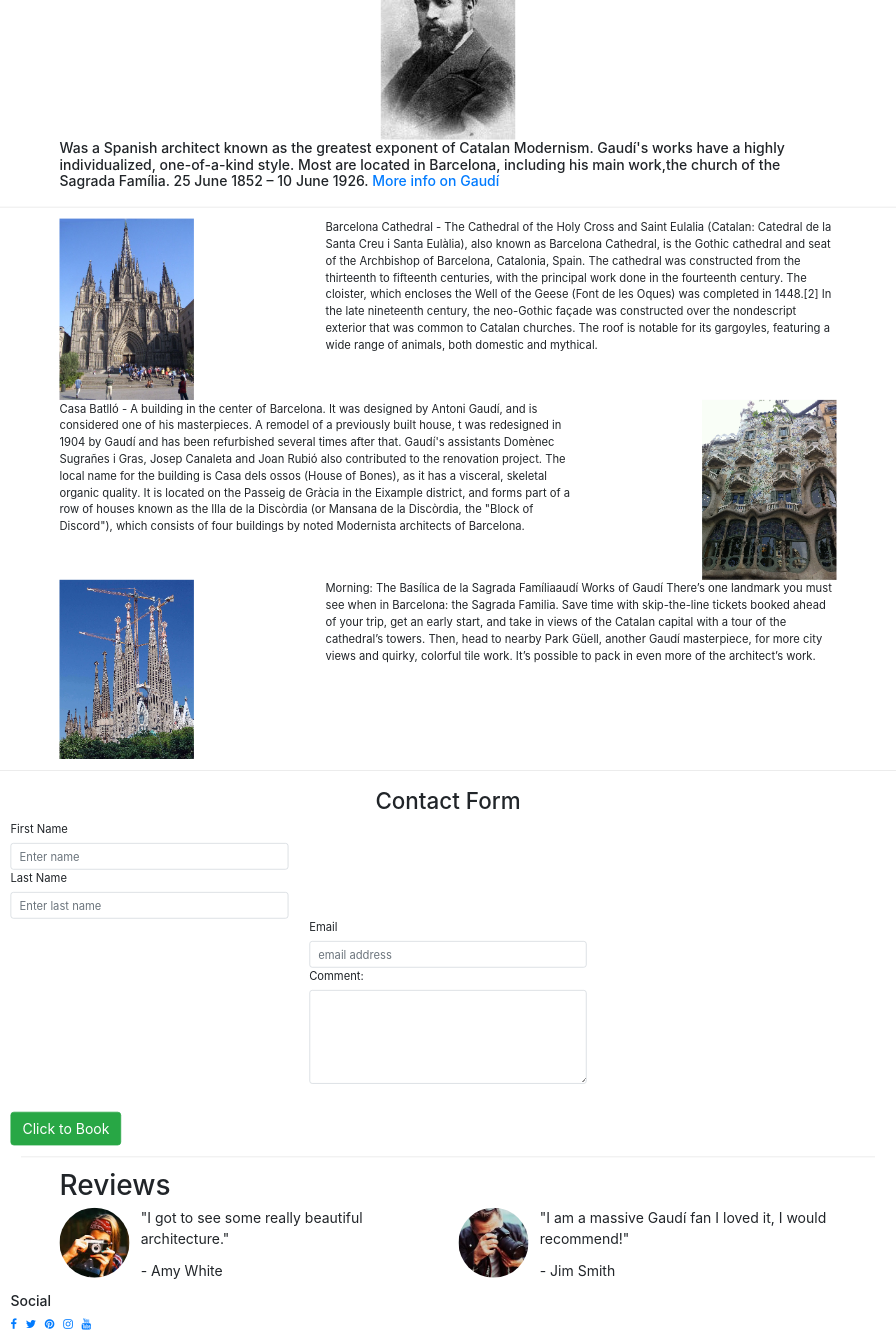
Repository: Taitdanielle/Milestone1
Page: index.html
The author's editor kept a record of every edit. The page is drawn from the files as they stood at one moment, then again after the next edit.
The browser window is 1280 px wide. The pictures show the part of the page from y = 1025 to 2945 px (the page is 2945 px tall), at 70% of full size.

Above is the page before.

After the next edit:
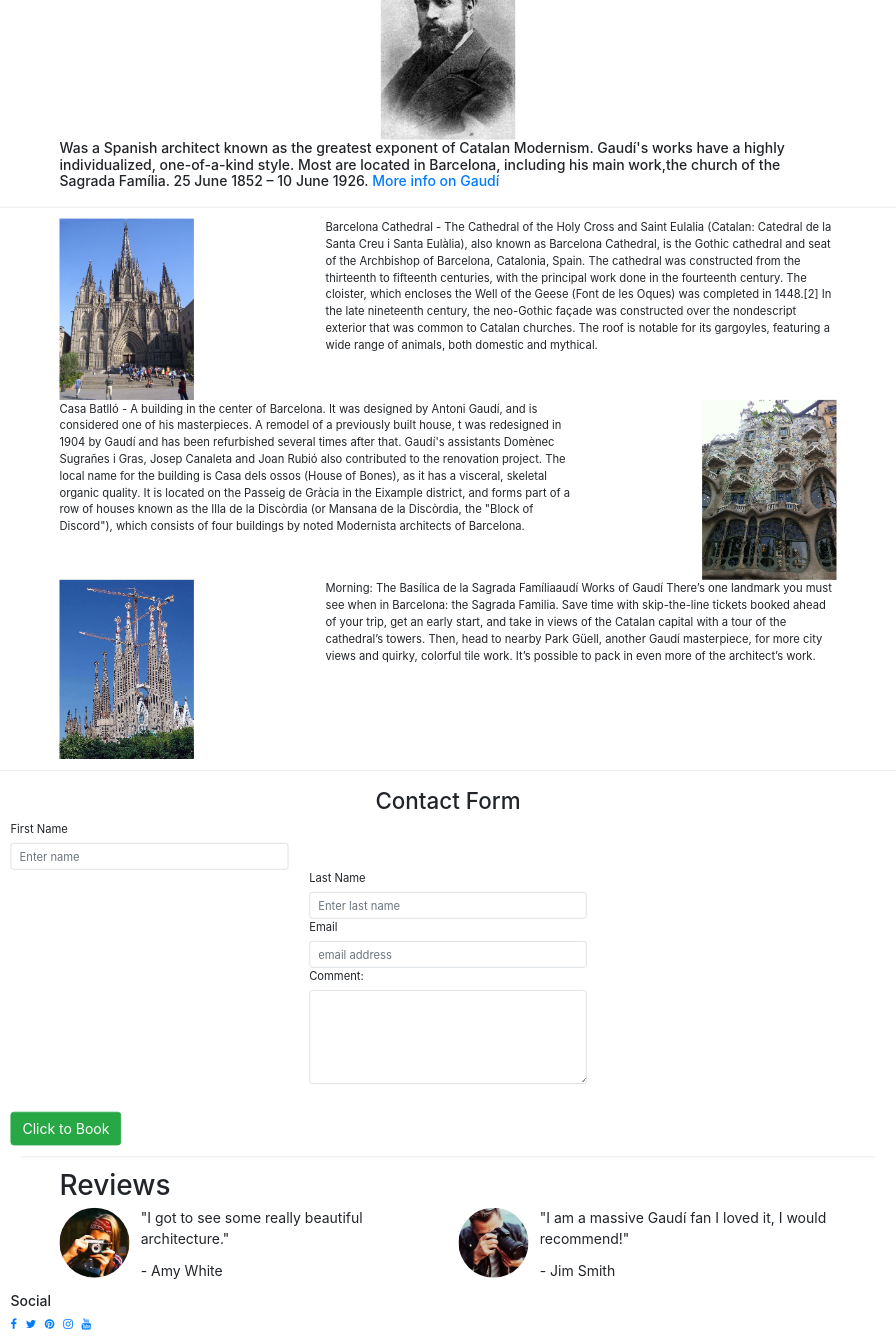
The edit:
--- a/index.html
+++ b/index.html
@@ -179,7 +179,7 @@
                 </div>
             </div>
             <div class="row">
-                <div class=col-md-4 offset-md-4">
+                <div class="col-md-4 offset-md-4"">
                     <label for="lastname">Last Name</label>
                     <input type="text" class="form-control" id="lastname" placeholder="Enter last name" name="lastname required">
                 </div>
